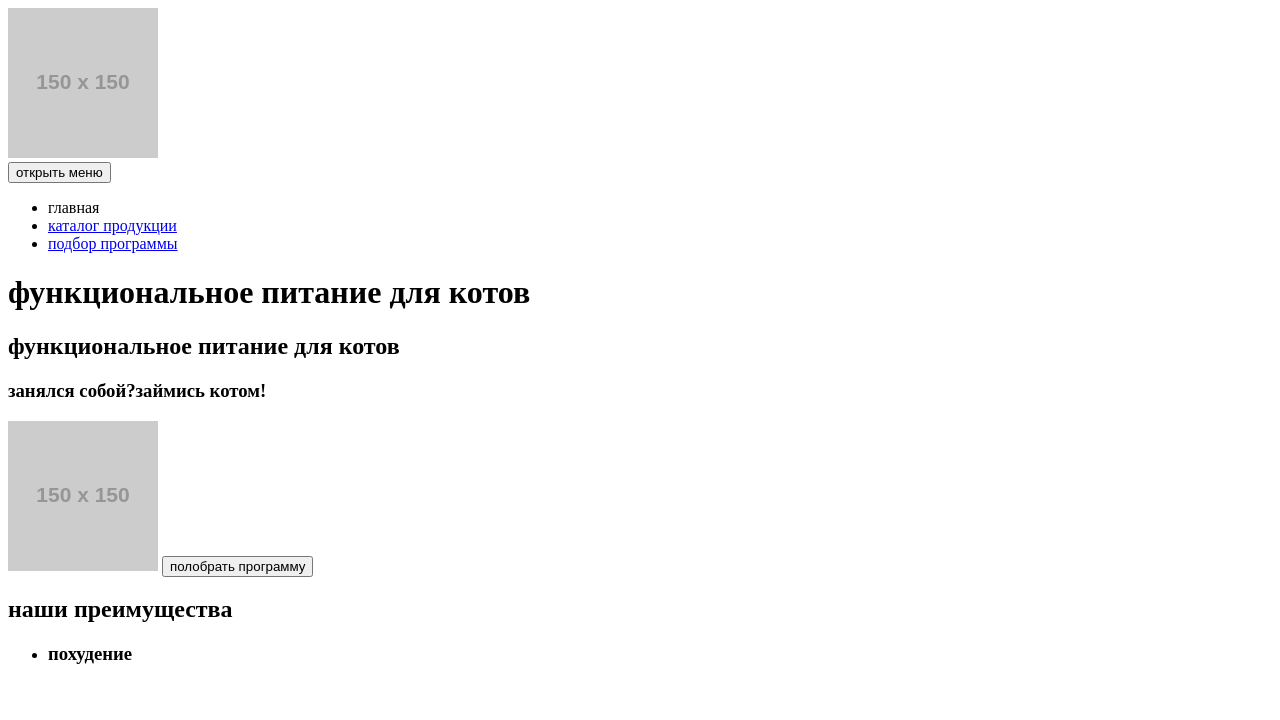
Repository: svetlana2885/1411135-cat-energy-20
Page: index.html
An editor plug-in stored every save of this project. The page is shown before and after the next save, followed by the edit.
The browser window is 1280 px wide. The pictures show the whole page.

Above is the page before, as saved 2020-07-18 11:50:16.

After the next save:
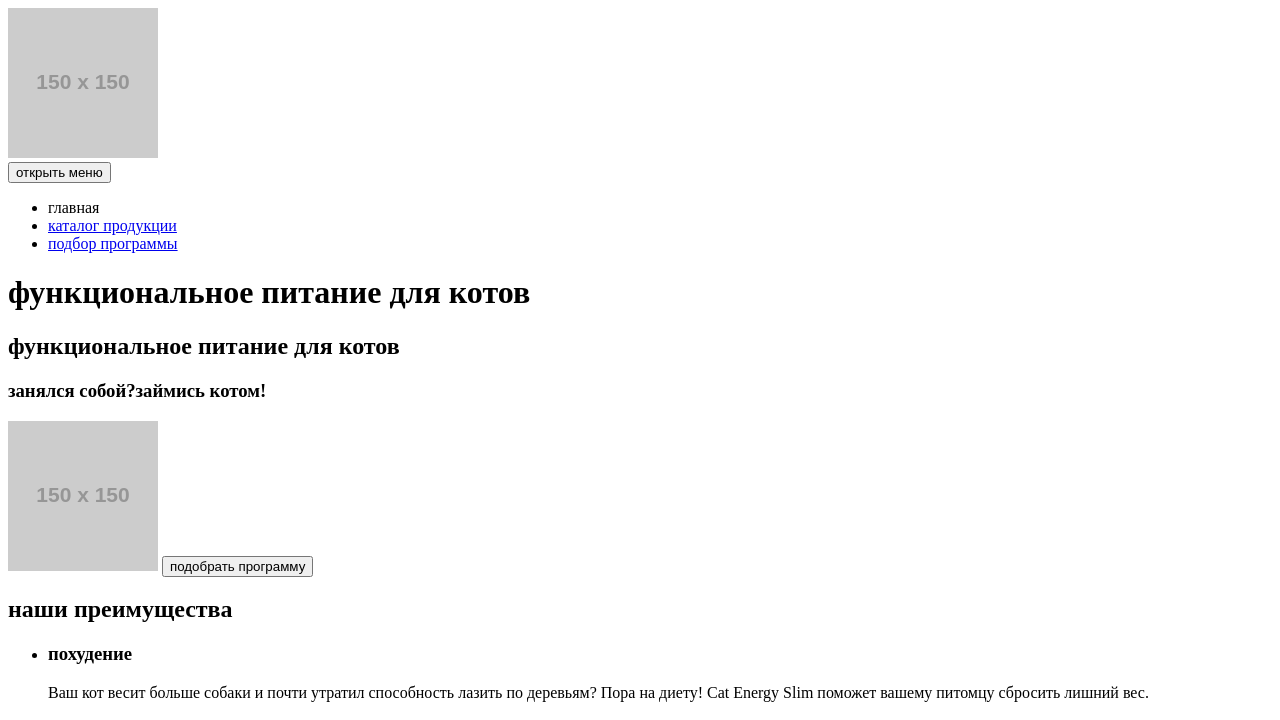
Saved 5 h 40 min later.
--- a/index.html
+++ b/index.html
@@ -38,14 +38,17 @@
         <h2>функциональное питание для котов</h2>
         <h3>занялся собой?займись котом!</h3>
         <img src="src=https://via.placeholder.com/150x150" />
-        <button class="button" type="button">полобрать программу</button>
+        <button class="button" type="button">подобрать программу</button>
       </section>
       <section class="advantages">
         <h2 class="visually-hidden">наши преимущества</h2>
         <ul class="advantages-list">
           <li class="advantages-item advantages-item__fast">
             <h3 class="advantages__title">похудение</h3>
-            <p class="advantages-disc"></p>
+            <p class="advantages-disc">
+              Ваш кот весит больше собаки и почти утратил способность лазить по деревьям? Пора на
+              диету! Cat Energy Slim поможет вашему питомцу сбросить лишний вес.
+            </p>
           </li>
         </ul>
       </section>
